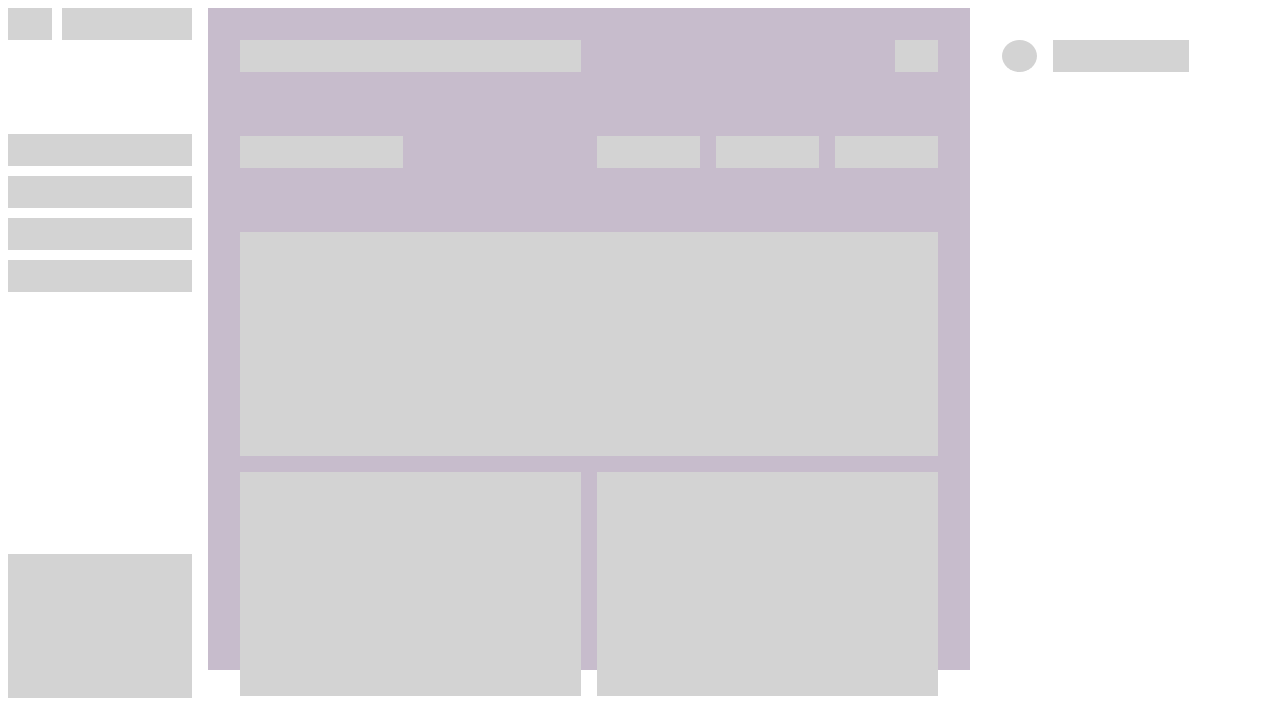
Repository: tr2cky/exercise2
Page: index.html
An editor plug-in stored every save of this project. The page is shown before and after the next save, followed by the edit.
The browser window is 1280 px wide. The pictures show the whole page.

Above is the page before, as saved 2022-10-01 18:48:52.

After the next save:
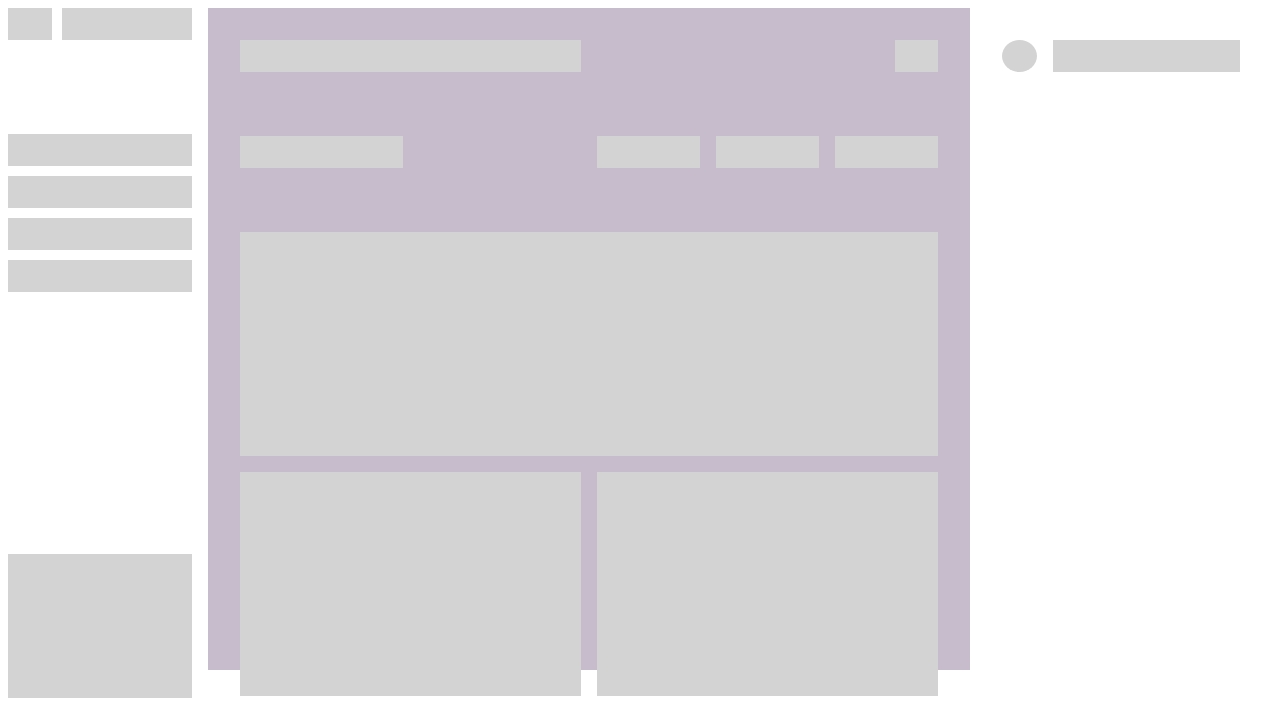
Saved 6 s later.
--- a/style.css
+++ b/style.css
@@ -112,5 +112,5 @@ main div,
     border-radius: 50%;
 }
 #boxw {
-    grid-area: 1 / 2 / 1 / 5;
+    grid-area: 1 / 2 / 1 / 6;
 }
